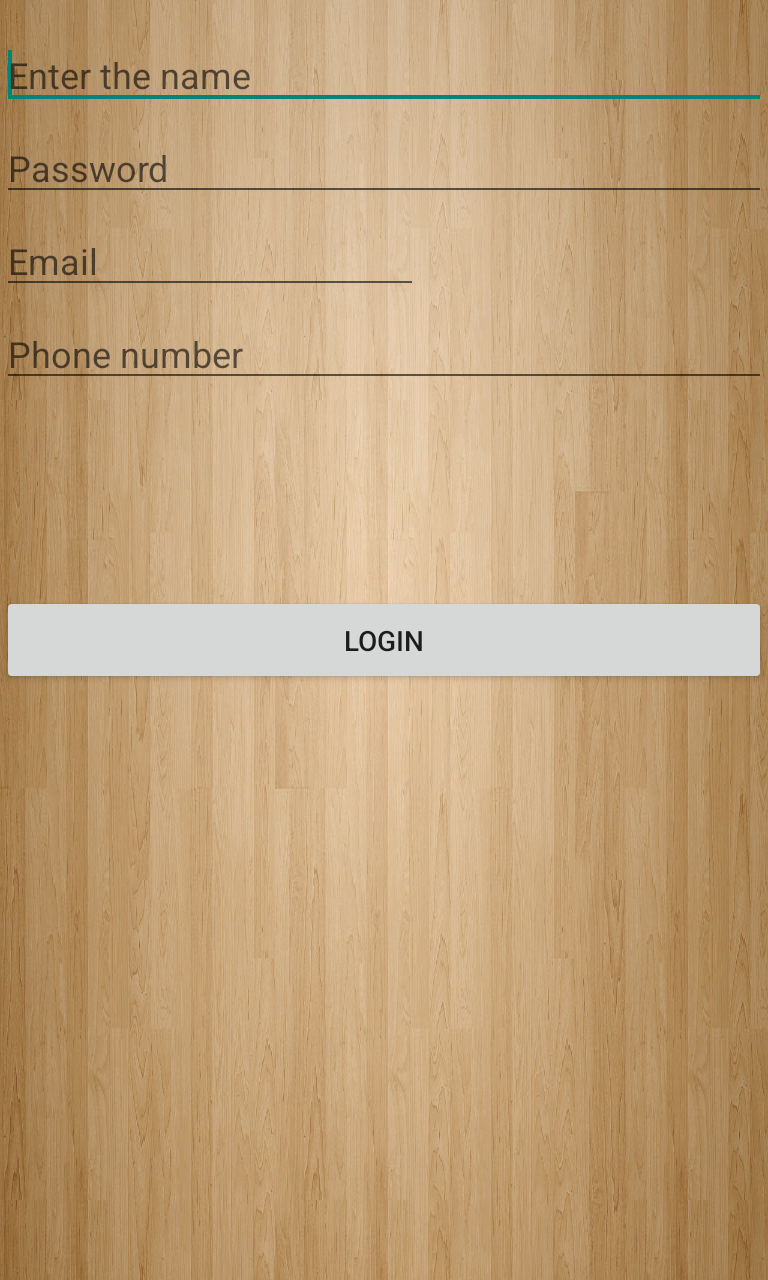
Repository: vipinvkamara/SampleProgram
Layout: SharedPreferance/res/layout/statuse.xml
An editor plug-in stored every save of this project. The layout is shown before and after a run of saves, followed by the edit.
It is drawn on a 768 x 1280 px phone screen (xhdpi) without system bars, with theme AppTheme; the app's code is not run.

Above is the layout before, as saved 2015-01-02 07:46:45.

### SharedPreferance/res/layout/statuse.xml
<RelativeLayout xmlns:android="http://schemas.android.com/apk/res/android"
    xmlns:tools="http://schemas.android.com/tools"
    android:layout_width="match_parent"
    android:layout_height="match_parent"
    android:background="@drawable/wood"
    tools:context="com.example.sharedpreferance.MainActivity" >

    <EditText
        android:id="@+id/editText1"
        android:layout_width="match_parent"
        android:layout_height="wrap_content"
        android:layout_alignParentLeft="true"
        android:layout_alignParentTop="true"
        android:layout_marginTop="15dp"
        android:ems="10"
        android:hint="Enter the name" >

        <requestFocus />
    </EditText>

    <EditText
        android:id="@+id/editText2"
        android:layout_width="match_parent"
        android:layout_height="wrap_content"
        android:layout_below="@+id/editText1"
        android:layout_centerHorizontal="true"
        android:layout_marginTop="5dp"
        android:ems="10"
        android:hint="Password"
        android:inputType="textPassword" />

    <EditText
        android:id="@+id/editText3"
        android:layout_width="wrap_content"
        android:layout_height="wrap_content"
        android:layout_alignParentLeft="true"
        android:layout_below="@+id/editText2"
        android:layout_marginTop="5dp"
        android:ems="10"
        android:hint="Email"
        android:inputType="textEmailAddress" />

    <EditText
        android:id="@+id/editText4"
        android:layout_width="match_parent"
        android:layout_height="wrap_content"
        android:layout_alignParentLeft="true"
        android:layout_below="@+id/editText3"
        android:layout_marginTop="5dp"
        android:ems="10"
        android:hint="Phone number"
        android:inputType="phone" />

    <Button
        android:id="@+id/button1"
        android:layout_width="match_parent"
        android:layout_height="wrap_content"
        android:layout_alignParentLeft="true"
        android:layout_centerVertical="true"
        android:text="Login" />

</RelativeLayout>

Loaded but not shown: SharedPreferance/res/values/styles.xml (common file); SharedPreferance/res/values-v11/styles.xml (common file); SharedPreferance/res/values-v14/styles.xml (common file)

After the next 2 saves:
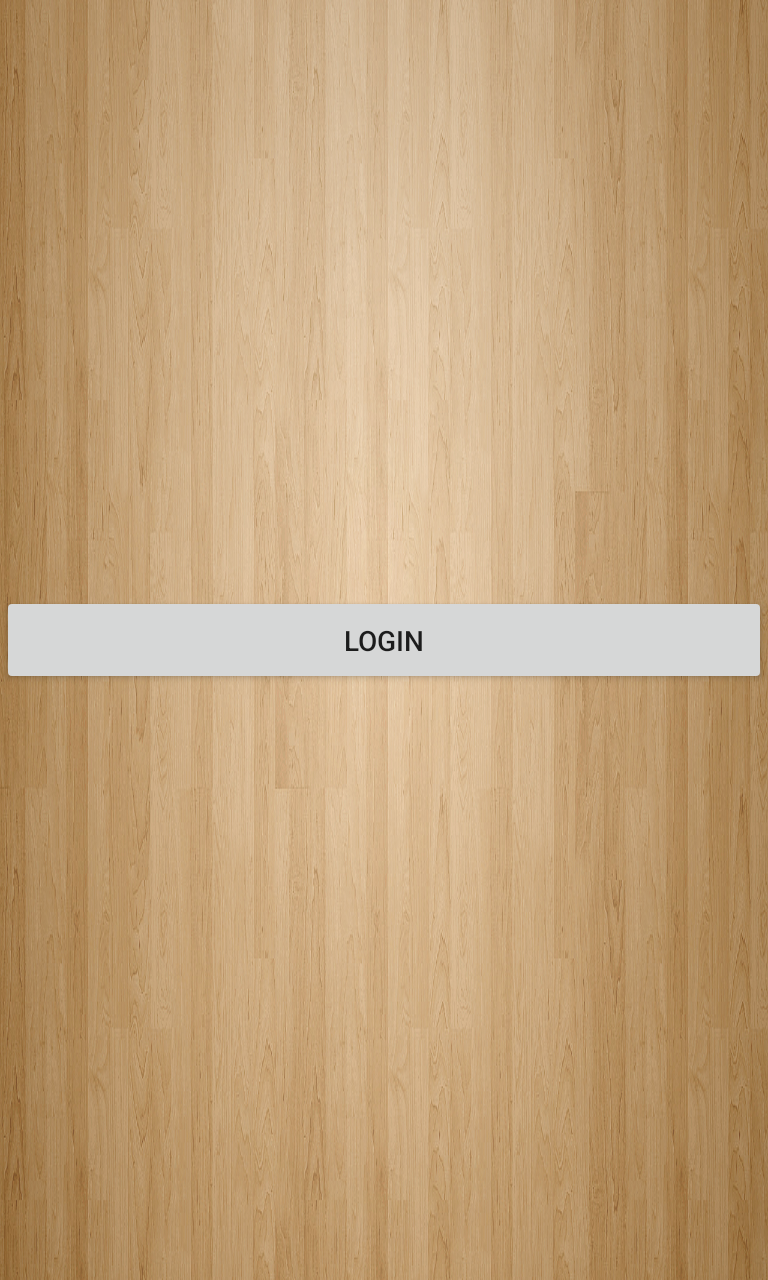
The 2 saves are shown as one change because 1 did not build or start.
The last was saved 52 s later.
--- a/SharedPreferance/res/layout/statuse.xml
+++ b/SharedPreferance/res/layout/statuse.xml
@@ -4,52 +4,6 @@
     android:layout_height="match_parent"
     android:background="@drawable/wood"
     tools:context="com.example.sharedpreferance.MainActivity" >
-
-    <EditText
-        android:id="@+id/editText1"
-        android:layout_width="match_parent"
-        android:layout_height="wrap_content"
-        android:layout_alignParentLeft="true"
-        android:layout_alignParentTop="true"
-        android:layout_marginTop="15dp"
-        android:ems="10"
-        android:hint="Enter the name" >
-
-        <requestFocus />
-    </EditText>
-
-    <EditText
-        android:id="@+id/editText2"
-        android:layout_width="match_parent"
-        android:layout_height="wrap_content"
-        android:layout_below="@+id/editText1"
-        android:layout_centerHorizontal="true"
-        android:layout_marginTop="5dp"
-        android:ems="10"
-        android:hint="Password"
-        android:inputType="textPassword" />
-
-    <EditText
-        android:id="@+id/editText3"
-        android:layout_width="wrap_content"
-        android:layout_height="wrap_content"
-        android:layout_alignParentLeft="true"
-        android:layout_below="@+id/editText2"
-        android:layout_marginTop="5dp"
-        android:ems="10"
-        android:hint="Email"
-        android:inputType="textEmailAddress" />
-
-    <EditText
-        android:id="@+id/editText4"
-        android:layout_width="match_parent"
-        android:layout_height="wrap_content"
-        android:layout_alignParentLeft="true"
-        android:layout_below="@+id/editText3"
-        android:layout_marginTop="5dp"
-        android:ems="10"
-        android:hint="Phone number"
-        android:inputType="phone" />
 
     <Button
         android:id="@+id/button1"
@@ -59,4 +13,16 @@
         android:layout_centerVertical="true"
         android:text="Login" />
 
+    <TextView
+        android:id="@+id/textview"
+        android:layout_width="wrap_content"
+        android:layout_height="wrap_content"
+        android:layout_above="@+id/button1"
+        android:layout_centerHorizontal="true"
+        android:layout_marginBottom="76dp"
+        android:ems="10" >
+
+        <requestFocus />
+    </TextView>
+
 </RelativeLayout>
